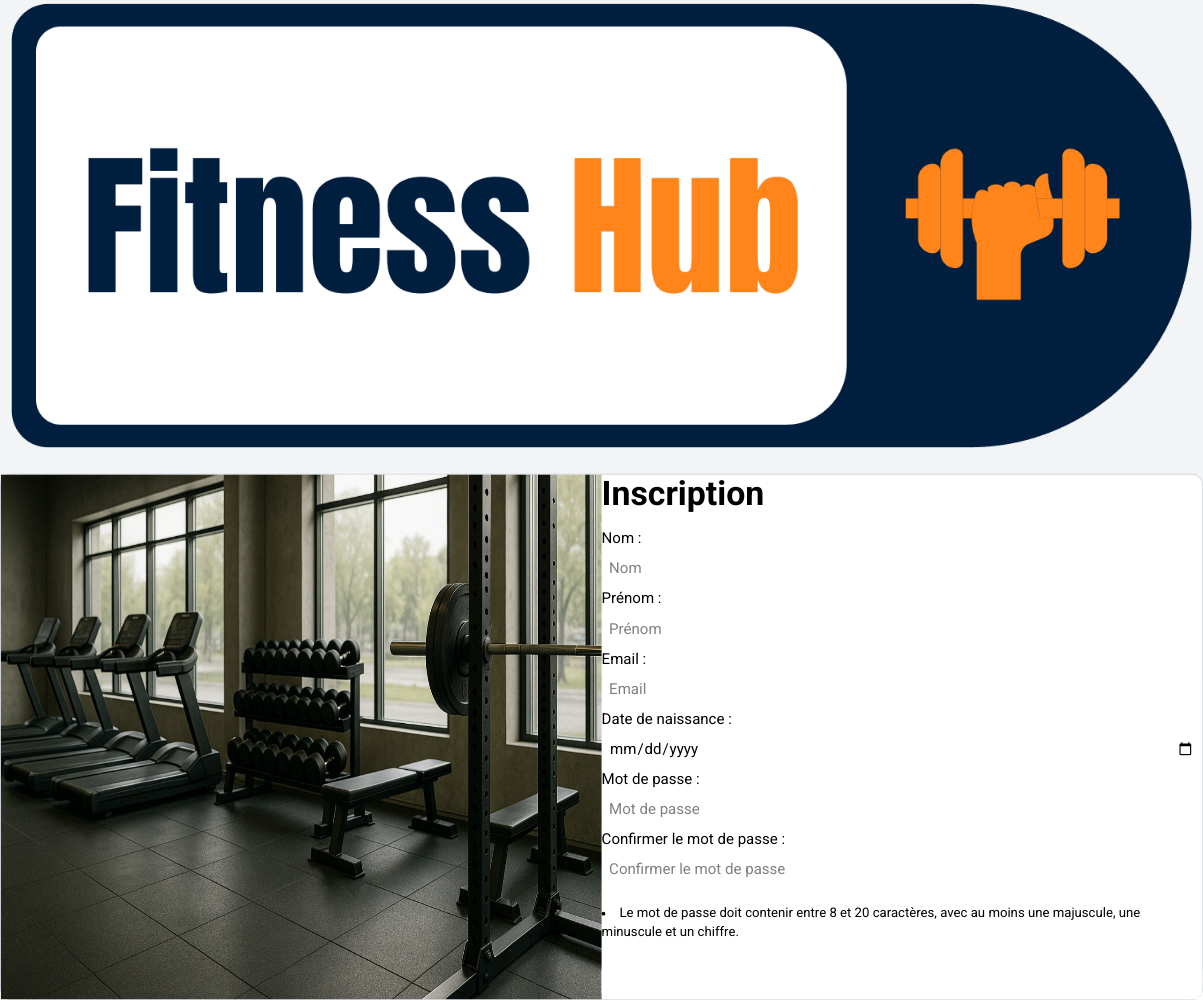
Repository: fahchouchsm/clubSportifWeb
Page: src/pages/inscription.html
The author's editor kept a copy of each file at every save. The page is drawn from the files as they stood at one save, then again after the next save.
The browser window is 1280 px wide. The pictures show the whole page, at 94% of full size.

Above is the page before, as saved 2025-04-19 17:55:19.

### src/pages/inscription.html
<!doctype html>
<html lang="fr">
  <head>
    <meta charset="UTF-8" />
    <meta name="viewport" content="width=device-width, initial-scale=1.0" />
    <link href="../css/output.css" rel="stylesheet" />
    <link rel="stylesheet" href="../css/main.css" />
    <link rel="stylesheet" href="../css/style.css" />
    <title>Inscription</title>
  </head>
  <body>
    <div class="flex h-screen w-screen flex-col bg-gray-100 px-24">
      <a href="#" class="mt-10 mb-6 text-2xl font-semibold text-gray-900">
        <img
          class="max-w-64"
          src="../public/logo/png/logo-no-background.png"
          alt="logo"
        />
      </a>
      <main
        class="flex rounded-xl border border-gray-300 bg-white shadow-lg shadow-gray-400"
      >
        <img
          src="../public/imgs/salleInterieur.jpeg"
          class="h-full w-1/2 rounded-s-lg object-cover"
          alt="Image salle"
        />

        <form
          action="../php/inscription.php"
          method="post"
          class="flex w-1/2 flex-col gap-4 px-8 pt-8"
        >
          <h1 class="text-4xl font-bold">Inscription</h1>

          <!-- inputs -->
          <div class="grid w-full grid-cols-2 gap-4">
            <!-- Nom -->
            <div>
              <label for="nom">Nom :</label>
              <input
                class="input-style"
                type="text"
                name="nom"
                id="nom"
                placeholder="Nom"
                pattern="[a-zA-Z ]{3,30}"
                required
              />
            </div>

            <!-- Prénom -->
            <div>
              <label for="prenom">Prénom :</label>
              <input
                type="text"
                class="input-style"
                name="prenom"
                placeholder="Prénom"
                pattern="[a-zA-Z ]{3,30}"
                id="prenom"
                required
              />
            </div>

            <!-- Email -->
            <div>
              <label for="email">Email :</label>
              <input
                type="email"
                class="input-style"
                name="email"
                placeholder="Email"
                id="email"
                pattern="[a-zA-Z0-9._%+-]+@[a-zA-Z0-9.-]+\.[a-zA-Z]{2,}"
                required
              />
            </div>

            <!-- Date de naissance -->
            <div>
              <label for="date_naissance">Date de naissance :</label>
              <input
                type="date"
                class="input-style"
                name="date_naissance"
                id="date_naissance"
                required
              />
            </div>

            <!-- Mot de passe -->
            <div>
              <label for="pass">Mot de passe :</label>
              <input
                class="input-style"
                type="password"
                name="motdepasse"
                id="pass"
                placeholder="Mot de passe"
                pattern="^(?=.*[a-z])(?=.*[A-Z])(?=.*\d).{8,20}$"
                required
              />
            </div>

            <!-- Confirmation mot de passe -->
            <div>
              <label for="confPass">Confirmer le mot de passe :</label>
              <input
                type="password"
                class="input-style"
                placeholder="Confirmer le mot de passe"
                pattern="^(?=.*[a-z])(?=.*[A-Z])(?=.*\d).{8,20}$"
                id="confPass"
                required
              />
            </div>
          </div>

          <!-- 🤓 Tips -->
          <span class="text-sm text-gray-500">
            <li>
              Le mot de passe doit contenir entre 8 et 20 caractères, avec au
              moins une majuscule, une minuscule et un chiffre.
            </li>
          </span>

          <span class="text-sm text-red-500" id="passwordError">
            Les mots de passe ne correspondent pas.
          </span>

          <button
            type="submit"
            class="mt-2 ml-auto rounded bg-gray-700 px-4 py-2 text-white hover:bg-gray-800"
          >
            S'inscrire
          </button>
        </form>
      </main>
    </div>

    <script>
      document.addEventListener("DOMContentLoaded", () => {
        const form = document.querySelector("form");
        const passInput = document.getElementById("pass");
        const confPassInput = document.getElementById("confPass");
        const errorSpan = document.getElementById("passwordError");

        errorSpan.style.display = "none";

        form.addEventListener("submit", (e) => {
          if (passInput.value !== confPassInput.value) {
            e.preventDefault();
            errorSpan.style.display = "inline";
          } else {
            errorSpan.style.display = "none";
          }
        });
      });
    </script>

    <script src="../js/style.js"></script>
  </body>
</html>

### src/css/main.css
@import url("https://fonts.googleapis.com/css2?family=Roboto:wght@400;700&display=swap");

body {
  font-family: "Roboto", sans-serif;
}

### src/css/style.css
/* styles.css */
.input-style {
  @apply block w-full rounded-lg border-2 border-gray-300 p-2 focus:border-blue-500 focus:outline-none;
}

Loaded but not shown: src/js/style.js (39 lines, source omitted); src/css/output.css (1058 lines, source omitted)

After the next save:
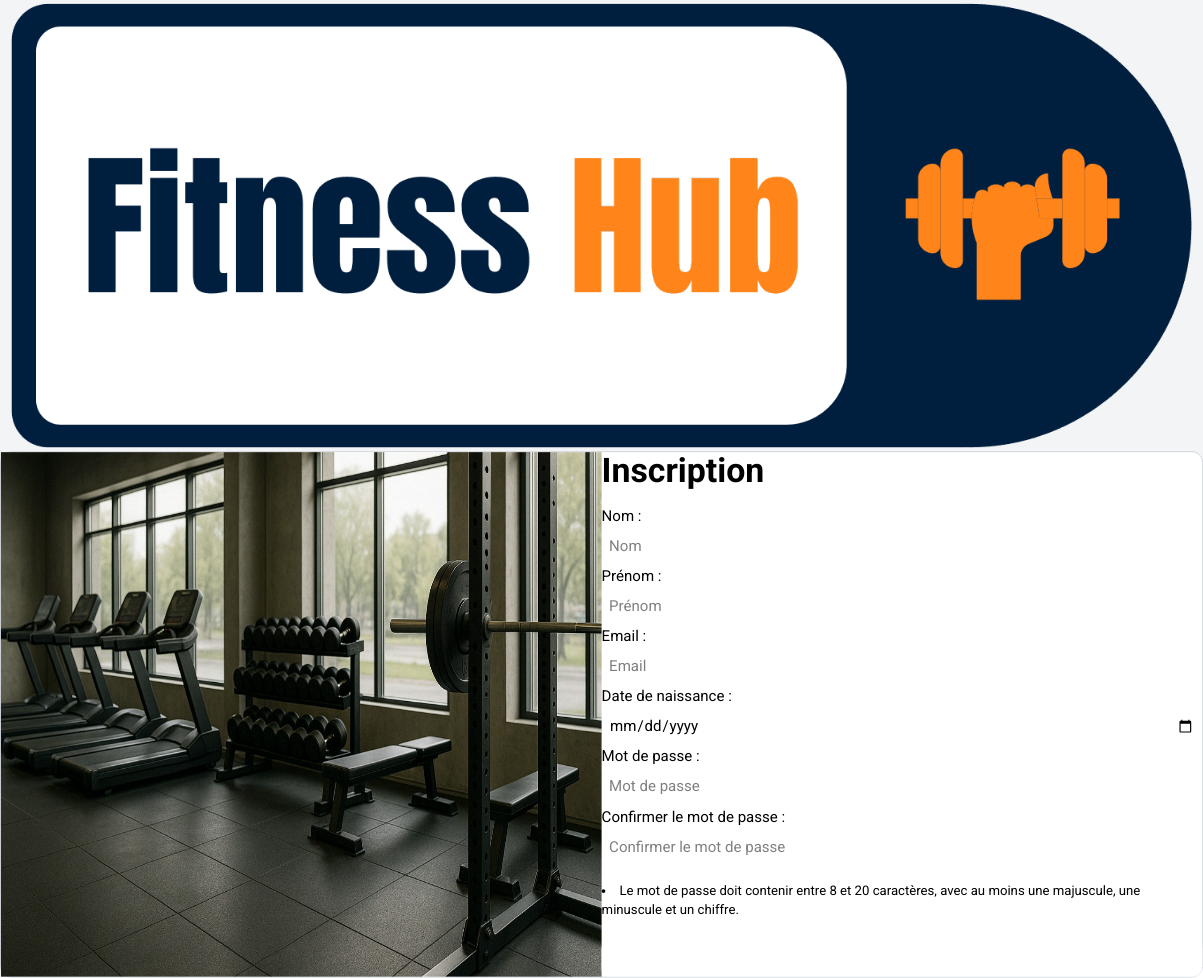
Saved 10 s later.
--- a/src/pages/inscription.html
+++ b/src/pages/inscription.html
@@ -10,7 +10,7 @@
   </head>
   <body>
     <div class="flex h-screen w-screen flex-col bg-gray-100 px-24">
-      <a href="#" class="mt-10 mb-6 text-2xl font-semibold text-gray-900">
+      <a href="#" class="my-6 mt-10 text-2xl font-semibold text-gray-900">
         <img
           class="max-w-64"
           src="../public/logo/png/logo-no-background.png"

After the save that followed:
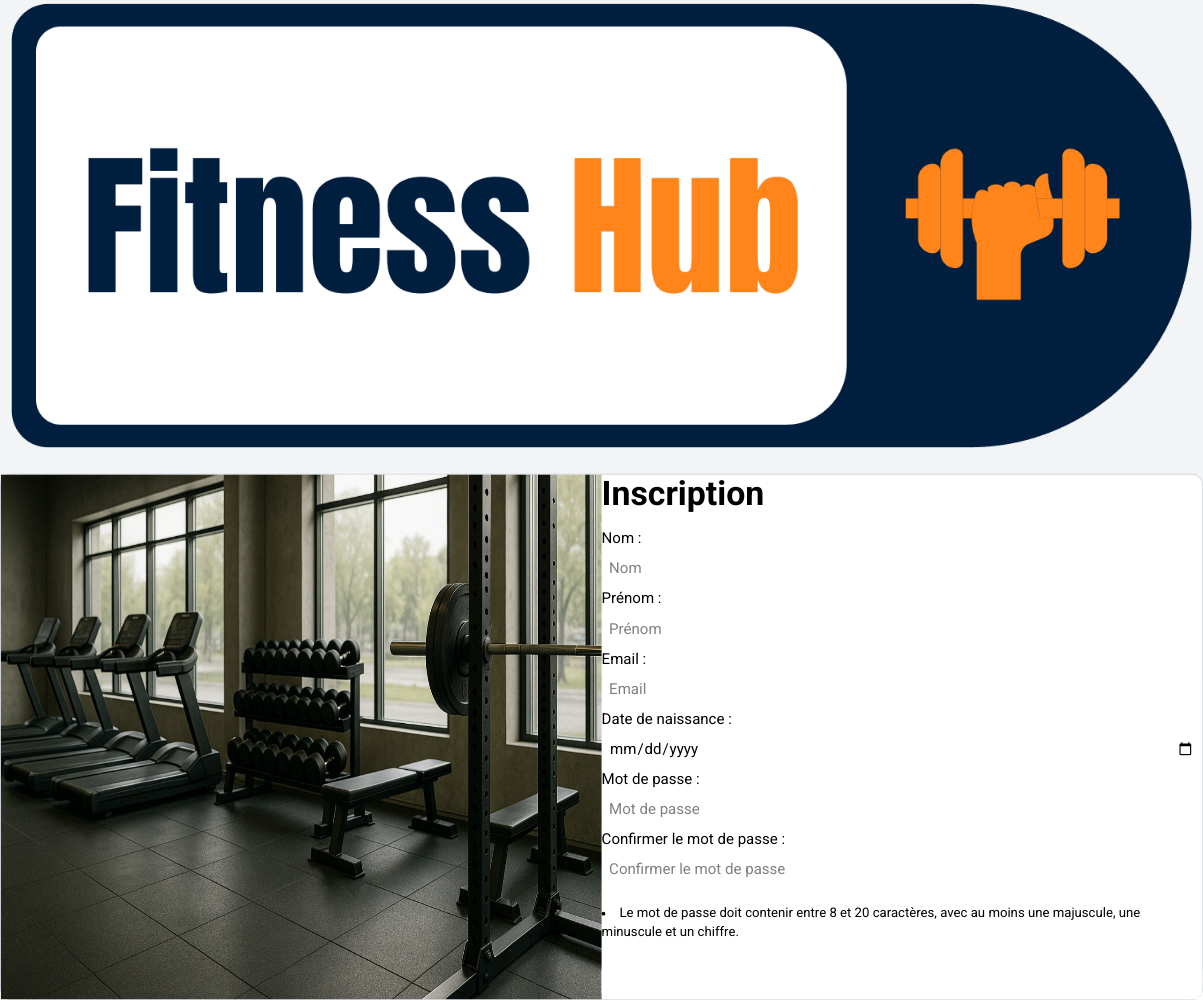
Saved 6 s later.
--- a/src/pages/inscription.html
+++ b/src/pages/inscription.html
@@ -10,7 +10,7 @@
   </head>
   <body>
     <div class="flex h-screen w-screen flex-col bg-gray-100 px-24">
-      <a href="#" class="my-6 mt-10 text-2xl font-semibold text-gray-900">
+      <a href="#" class="mt-10 mb-6 text-2xl font-semibold text-gray-900">
         <img
           class="max-w-64"
           src="../public/logo/png/logo-no-background.png"
